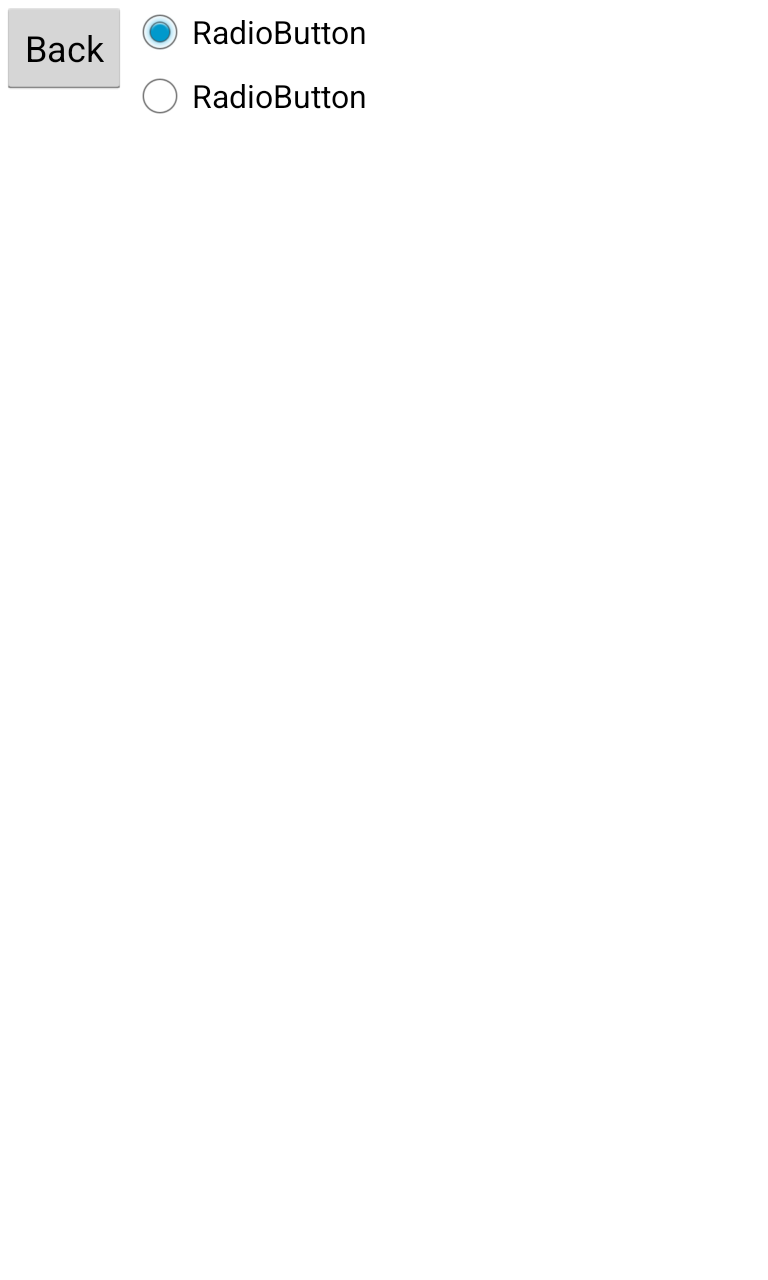
Repository: OnionLord/BurgerWIKI
Layout: burgerDicApp/BurgerDictionary/res/layout/burgerlist.xml
The author's editor kept a copy of each file at every save. The layout is drawn from the files as they stood at one save, then again after the next save.
It is drawn on a 768 x 1280 px phone screen (xhdpi) without system bars, with theme AppTheme; the app's code is not run. Lists and similar views that code fills are empty.

Above is the layout before, as saved 2014-11-05 07:44:56.

After the next save:
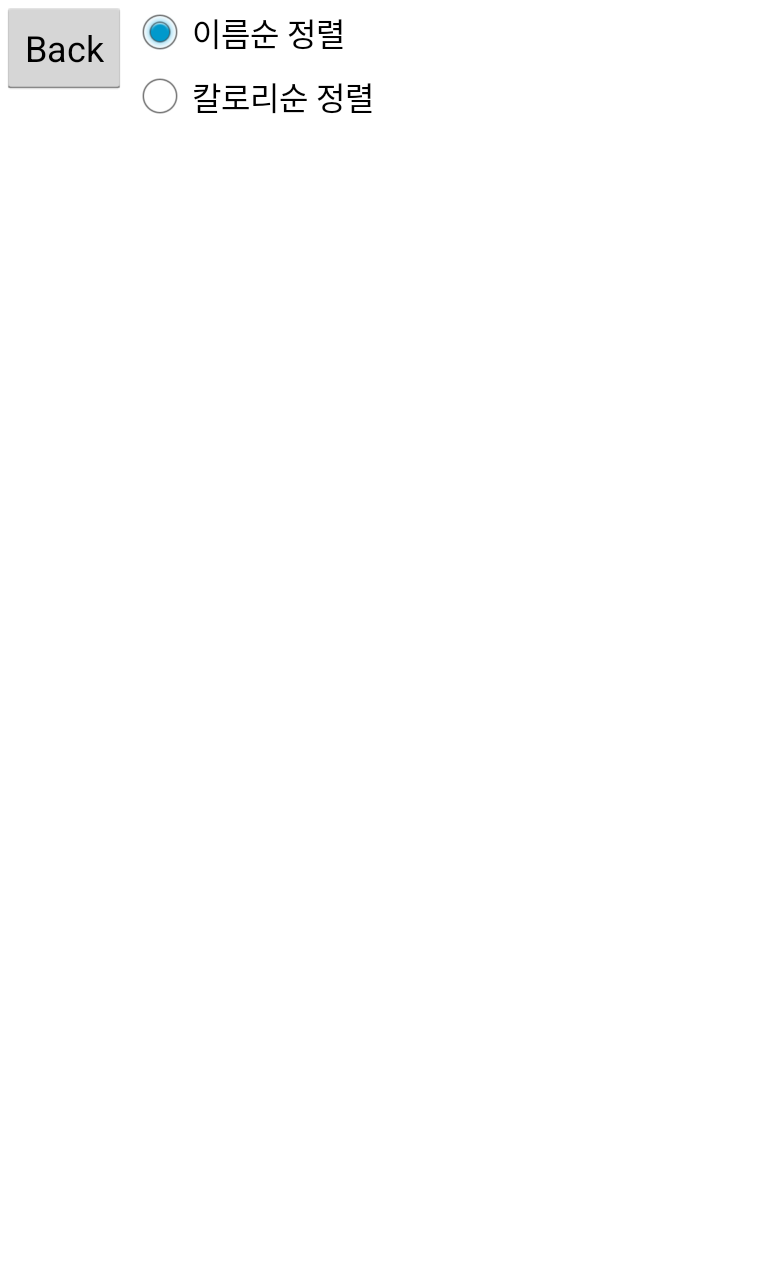
Saved 16 s later.
--- a/burgerDicApp/BurgerDictionary/res/layout/burgerlist.xml
+++ b/burgerDicApp/BurgerDictionary/res/layout/burgerlist.xml
@@ -24,13 +24,13 @@
                 android:layout_width="wrap_content"
                 android:layout_height="wrap_content"
                 android:checked="true"
-                android:text="RadioButton" />
+                android:text="이름순 정렬" />
 
             <RadioButton
                 android:id="@+id/list_rb_cal"
                 android:layout_width="wrap_content"
                 android:layout_height="wrap_content"
-                android:text="RadioButton" />
+                android:text="칼로리순 정렬" />
 
 
         </RadioGroup>
